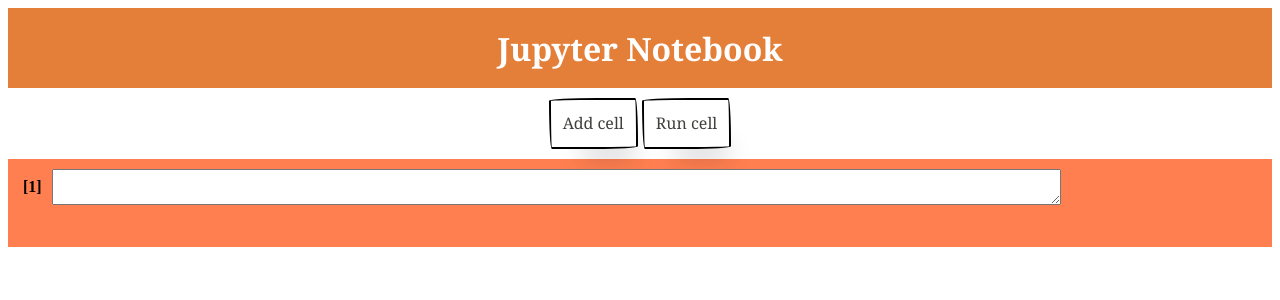
Repository: lingzi-liu/jupyter_notebook_prototype
Page: http://localhost/
The author's editor kept a copy of each file at every save. The page is drawn from the files as they stood at one save, then again after the next save.
The browser window is 1280 px wide. The pictures show the whole page.
The page is served by the project's application, run on Flask 3 (app.py).

Above is the page before, as saved 2022-11-13 03:11:17.

After the next save:
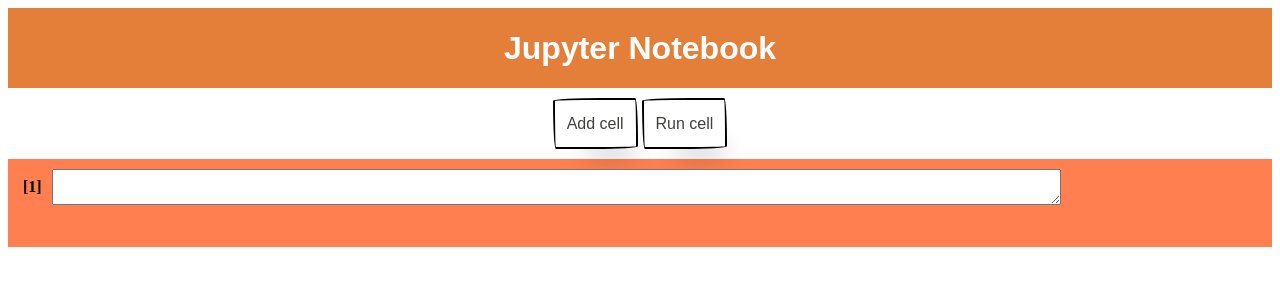
Saved 13 s later.
--- a/static/styles/style.css
+++ b/static/styles/style.css
@@ -9,7 +9,7 @@
 #nav h1 {
   margin: auto;
   color: white;
-  font-family: Georgia, 'Times New Roman', Times, serif;
+  font-family: Neucha, sans-serif;
   text-align: center;
 }
 
@@ -32,7 +32,7 @@
   color: #41403e;
   cursor: pointer;
   display: inline-block;
-  font-family: Georgia, 'Times New Roman', Times, serif;
+  font-family: Neucha, sans-serif;
   font-size: 1rem;
   line-height: 23px;
   outline: none;
